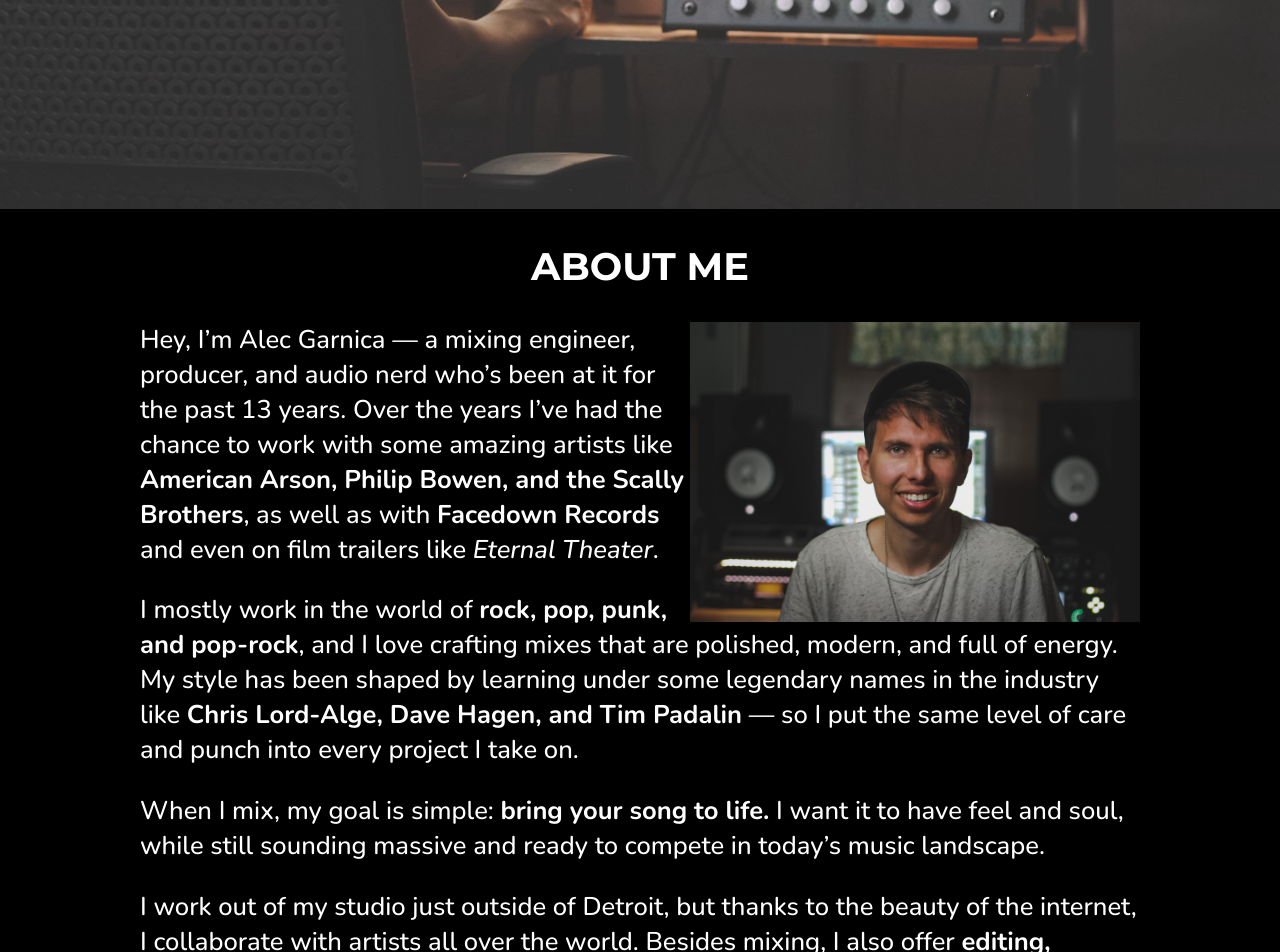
Repository: Aworminator/mixing-portfolio
Page: index.html
The author's editor kept a copy of each file at every save. The page is drawn from the files as they stood at one save, then again after the next save.
The browser window is 1280 px wide. The pictures show the part of the page from y = 691 to 1643 px (the page is 3856 px tall).
Some web fonts or font styles are not loaded; a fallback is used.

Above is the page before, as saved 2025-08-22 16:46:36.

After the next save:
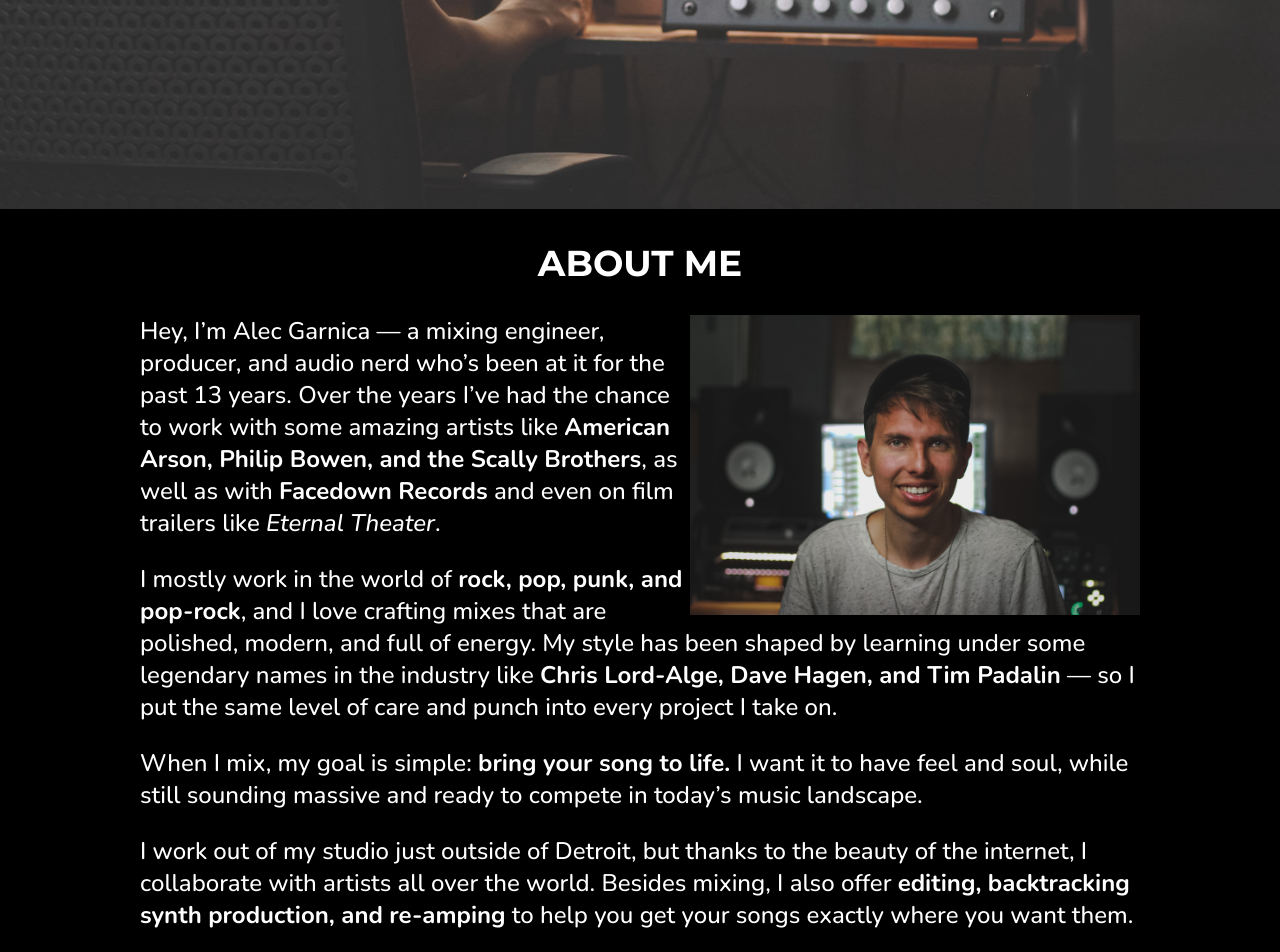
Saved 8 s later.
--- a/styles.css
+++ b/styles.css
@@ -58,7 +58,7 @@
 
 .about-info {
   color: white;
-  font-size: 1.6em;
+  font-size: 1.5em;
   width: 1000px;
   margin: 0 auto;
 }
